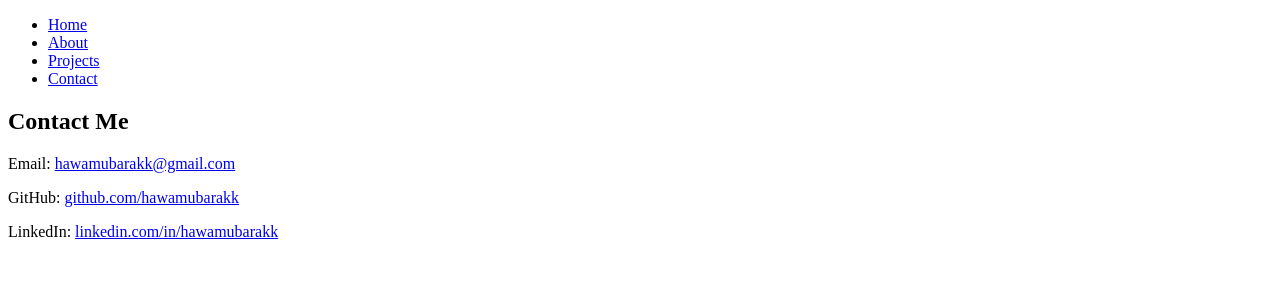
Repository: hawamubarakk/my-portfolio
Page: contact.html
The author's editor kept a copy of each file at every save. The page is drawn from the files as they stood at one save, then again after the next save.
The browser window is 1280 px wide. The pictures show the whole page.

Above is the page before, as saved 2025-08-11 14:22:36.

### contact.html
<!DOCTYPE html>
<html lang="en">
<head>
    <meta charset="UTF-8">
    <meta name="viewport" content="width=device-width, initial-scale=1.0">
    <title>Portfolio - Contact</title>
    <link href="style.css" rel="stylesheet">
</head>
<body>
    <header>
        <nav>
            <ul>
                <li><a href="index.html">Home</a></li>
                <li><a href="about.html">About</a></li>
                <li><a href="projects.html">Projects</a></li>
                <li><a href="contact.html" class="active">Contact</a></li>
            </ul>
        </nav>
    </header>

    <main>
        <section id="contact" class="section">
            <h1>Contact Me</h1>
            <p>Email: <a href="mailto:hawamubarak007@gmail.com">hawamubarakk@gmail.com</a></p>
            <p>GitHub: <a href="https://github.com/hawamubarakk" target="_blank">github.com/hawamubarakk</a></p>
            <p>LinkedIn: <a href="https://www.linkedin.com/in/hawa-mubarak-b0a2b7376/" target="_blank">linkedin.com/in/hawamubarakk</a></p>
        </section>
    </main>
</body>
</html>

Loaded but not shown: css/style.css (no stored copy; drawn as an empty file)

After the next save:
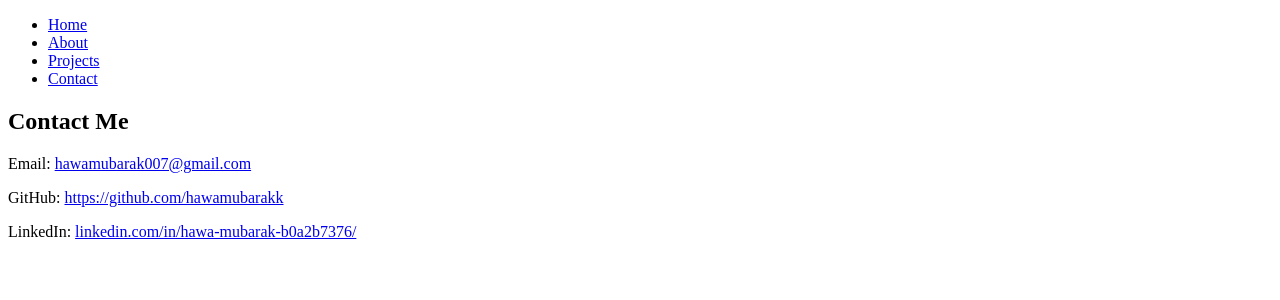
Saved 43 s later.
--- a/contact.html
+++ b/contact.html
@@ -21,9 +21,9 @@
     <main>
         <section id="contact" class="section">
             <h1>Contact Me</h1>
-            <p>Email: <a href="mailto:hawamubarak007@gmail.com">hawamubarakk@gmail.com</a></p>
-            <p>GitHub: <a href="https://github.com/hawamubarakk" target="_blank">github.com/hawamubarakk</a></p>
-            <p>LinkedIn: <a href="https://www.linkedin.com/in/hawa-mubarak-b0a2b7376/" target="_blank">linkedin.com/in/hawamubarakk</a></p>
+            <p>Email: <a href="mailto:hawamubarak007@gmail.com">hawamubarak007@gmail.com</a></p>
+            <p>GitHub: <a href="https://github.com/hawamubarakk" target="_blank">https://github.com/hawamubarakk</a></p>
+            <p>LinkedIn: <a href="https://www.linkedin.com/in/hawa-mubarak-b0a2b7376/" target="_blank">linkedin.com/in/hawa-mubarak-b0a2b7376/</a></p>
         </section>
     </main>
 </body>
